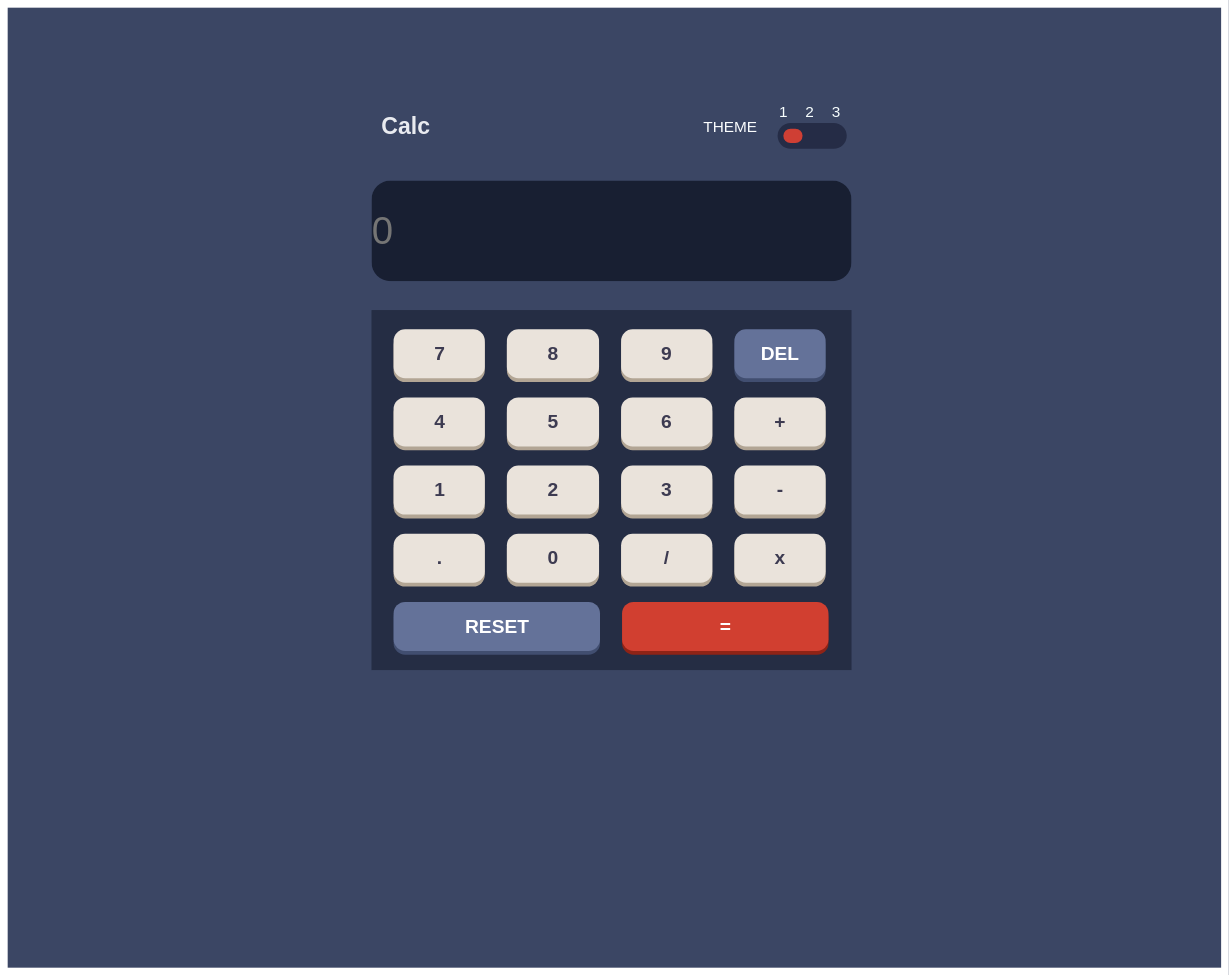
Repository: Bakyproit/Calcutor
Page: index.html
These files come from the project's save history. The page is drawn as it stood at one moment and after a run of saves; the edit follows.
The browser window is 1280 px wide. The pictures show the whole page, at 96% of full size.

Above is the page before, as saved 2022-02-10 13:32:25.
Console error: ReferenceError: script is not defined

After the next 4 saves:
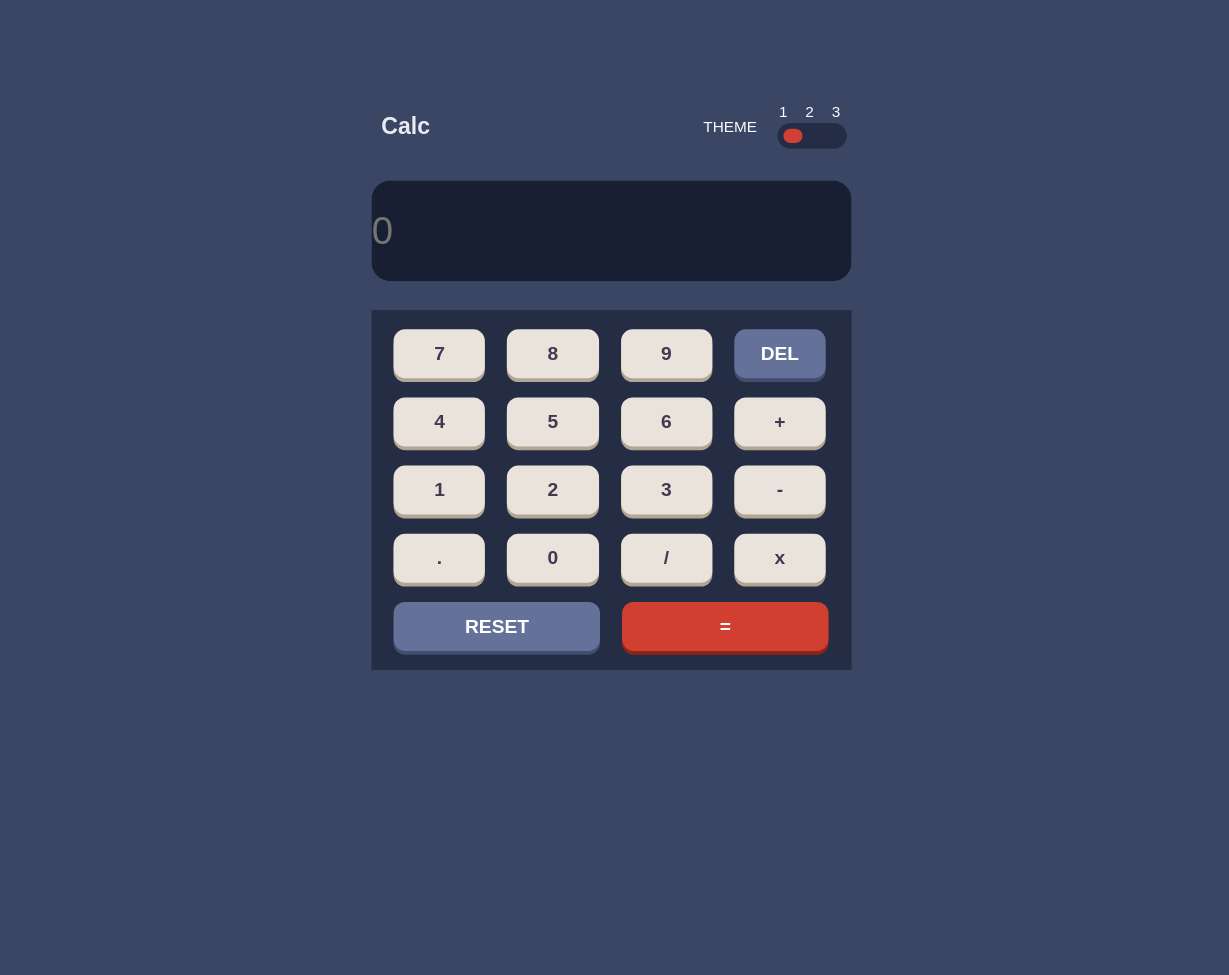
The 4 saves are shown as one change because they came seconds apart.
The last was saved 10 s later.
--- a/asset/App.css
+++ b/asset/App.css
@@ -7,12 +7,13 @@ html{
 h1{
     margin: 0;
 }
-
+body{
+    background-color: #3b4664;
+}
 
 .container{
     width: 100%;
     min-height: 1000px;
-    background-color: #3b4664;
     position: relative;
 }
 .app{
